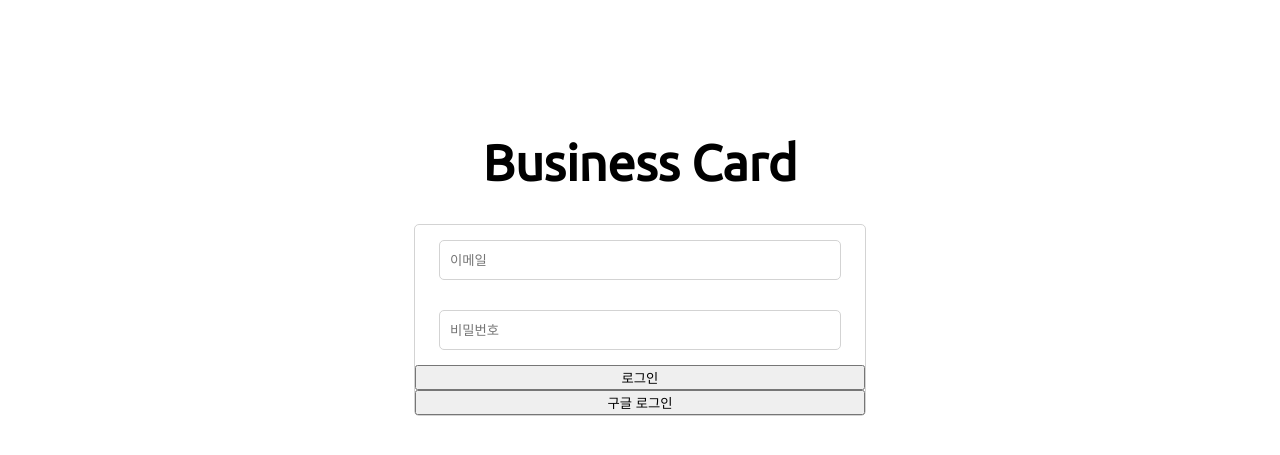
Repository: momo0170/react_businesscard
Page: /login
An editor plug-in stored every save of this project. The page is shown before and after the next save, followed by the edit.
The browser window is 1280 px wide. The pictures show the whole page.
The page's requests for data from a server got no answer. The project was rebuilt for these pictures with package versions that can differ from the ones it lists, and the page was loaded fresh each time. No one was signed in, and anything a server would have sent is missing.

Above is the page before, as saved 2022-08-10 21:08:06.

### public/index.html
<!DOCTYPE html>
<html lang="en">
  <head>
    <meta charset="utf-8" />
    <link rel="icon" href="%PUBLIC_URL%/favicon.ico" />
    <meta name="viewport" content="width=device-width, initial-scale=1" />
    <meta name="theme-color" content="#000000" />
    <meta
      name="description"
      content="Web site created using create-react-app"
    />
    <link rel="preconnect" href="https://fonts.googleapis.com" />
    <link rel="preconnect" href="https://fonts.gstatic.com" crossorigin />
    <link
      href="https://fonts.googleapis.com/css2?family=Ubuntu:ital,wght@0,400;1,500&display=swap"
      rel="stylesheet"
    />

    <title>App</title>
  </head>
  <body>
    <noscript>You need to enable JavaScript to run this app.</noscript>
    <div id="root"></div>
  </body>
</html>

### src/index.js
import React from 'react';
import ReactDOM from 'react-dom/client';
import './index.css';
import App from './app.jsx';
import './firebase.js';
import { BrowserRouter } from 'react-router-dom';

const root = ReactDOM.createRoot(document.getElementById('root'));
root.render(
  <BrowserRouter>
    <App />
  </BrowserRouter>
);

### src/index.css
body {
  margin: 0;
  font-family: 'Ubuntu', sans-serif;
  -webkit-font-smoothing: antialiased;
  -moz-osx-font-smoothing: grayscale;
}

code {
  font-family: source-code-pro, Menlo, Monaco, Consolas, 'Courier New',
    monospace;
}

### src/app.jsx
import React, { useState } from 'react';
import { Routes, Route } from 'react-router-dom';
import { auth, app } from './firebase';
import {
  GoogleAuthProvider,
  signInWithPopup,
  createUserWithEmailAndPassword,
  onAuthStateChanged,
  signInWithEmailAndPassword,
  signOut,
} from 'firebase/auth';
import Login from './components/login';

// createUserWithEmailAndPassword : 회원가입
// signInWithEmailAndPassword : 로그인
// signOut : 로그아웃
// sendEmailVerifiacation : 회원가입한 이메일 유호 확인
// updateEmail : 회원가입한 아이디 이메일 변경
// updatePassword : 회원가입한 아이디 패스워드 변경
// sendPasswordResetEmail : 회원가입한 비빌먼호 재설정
// delete : 회원가입한 아이디 삭제
// reauthenticate : 아이디 재인증
// onAuthStateChanged : 사용자의 로그인 상태 변경 감시

function App() {
  const [registerEmail, setRegisterEmail] = useState('');
  const [registerPassword, setRegisterPassword] = useState('');
  const [loginEmail, setLoginEmail] = useState('');
  const [loginPassword, setLoginPassword] = useState('');
  const [googleUserData, setGoogleUserData] = useState(null);
  const [emailUserData, setEmailUserData] = useState(null);

  // 회원가입
  const register = () => {
    createUserWithEmailAndPassword(auth, registerEmail, registerPassword)
      .then((userCredential) => {
        // Signed in
        var registerUser = userCredential.user;
        console.log(registerUser);
      })
      .catch((error) => {
        var errorCode = error.code;
        var errorMessage = error.message;
        console.log(errorCode);
        console.log(errorMessage);
        // ..
      });
  };

  // 이메일 로그인
  const emailLogin = () => {
    signInWithEmailAndPassword(auth, loginEmail, loginPassword)
      .then((userCredential) => {
        const user = userCredential.user;
        setEmailUserData(user);
        console.log(user);
      })
      .catch((error) => {
        const errorCode = error.code;
        const errorMessage = error.message;
        console.log(errorCode);
        console.log(errorMessage);
      });
  };

  // 구글 로그인
  const googleLogin = () => {
    const provider = new GoogleAuthProvider(); // provider를 구글로 설정
    signInWithPopup(auth, provider) // popup을 이용한 signup
      .then((data) => {
        setGoogleUserData(data.user); // user data 설정
        console.log(data); // console로 들어온 데이터 표시
      })
      .catch((err) => {
        console.log(err);
      });
  };

  return (
    <Routes>
      <Route path="/">
        <Route
          path="login"
          element={
            <Login
              googleLogin={googleLogin}
              register={register}
              emailLogin={emailLogin}
              googleUserData={googleUserData}
              setGoogleUserData={setGoogleUserData}
              emailUserData={emailUserData}
              setEmailUserData={setEmailUserData}
              setLoginEmail={setLoginEmail}
              setLoginPassword={setLoginPassword}
            />
          }
        />
      </Route>
      {/* <Route path="/main" element={<Main />} /> */}
    </Routes>
  );
}

export default App;

### src/firebase.js
import { initializeApp } from 'firebase/app';
import { getAuth } from 'firebase/auth';

const firebaseConfig = {
  apiKey: process.env.REACT_APP_API_KEY,
  authDomain: process.env.REACT_APP_AUTH_DOMAIN,
  projectId: process.env.REACT_APP_PROJECT_ID,
  storageBucket: process.env.REACT_APP_STORAGE_BUCKET,
  messagingSenderId: process.env.REACT_APP_MESSAGING_ID,
  appId: process.env.REACT_APP_APP_ID,
};
const app = initializeApp(firebaseConfig);
const auth = getAuth(app);

export { app, auth };

### src/components/login.jsx
import React from 'react';
import styles from '../css/login.module.css';

function Login({
  googleLogin,
  googleUserData,
  register,
  emailLogin,
  setGoogleUserData,
  emailUserData,
  setEmailUserData,
  setLoginEmail,
  setLoginPassword,
}) {
  return (
    <>
      <h1 className={styles.title}>Business Card</h1>
      <div className={styles.container}>
        <div className={styles.inputs}>
          <input
            placeholder="이메일"
            className={styles.inputId}
            onChange={(e) => {
              setLoginEmail(e.target.value);
            }}
          />
          <input
            placeholder="비밀번호"
            className={styles.inputPassword}
            onChange={(e) => {
              setLoginPassword(e.target.value);
            }}
          />
        </div>
        <div className={styles.login}>
          {/* 구글 로그인 */}

          <button onClick={googleLogin}>로그인</button>

          {/* 이메일 로그인 */}
          <button onClick={emailLogin}>구글 로그인</button>
        </div>
      </div>
    </>
  );
}

export default Login;

### src/css/login.module.css
@value normalBlue from '../common/colors.css';
@value lightGrey from '../common/colors.css';
@value fontSmall from '../common/size.css';
@value marginNormal, marginHigh from '../common/size.css';

.title {
  text-align: center;
  padding-top: 100px;
  font-size: 50px;
  color: normalBlue;
}

.container {
  display: flex;
  flex-direction: column;
  width: 450px;
  border: 1px solid lightGrey;
  border-radius: 5px;
  margin: 0 auto;
}

.inputs {
  display: flex;
  flex-direction: column;
}

.inputId,
.inputPassword {
  height: 40px;
  margin: 15px 24px;
  outline: 0;
  box-sizing: border-box;
  border: 1px solid lightGrey;
  border-radius: 5px;
  padding: 10px;
  font-size: fontSmall;
}

.login {
  display: flex;
  flex-direction: column;
}

After the next save:
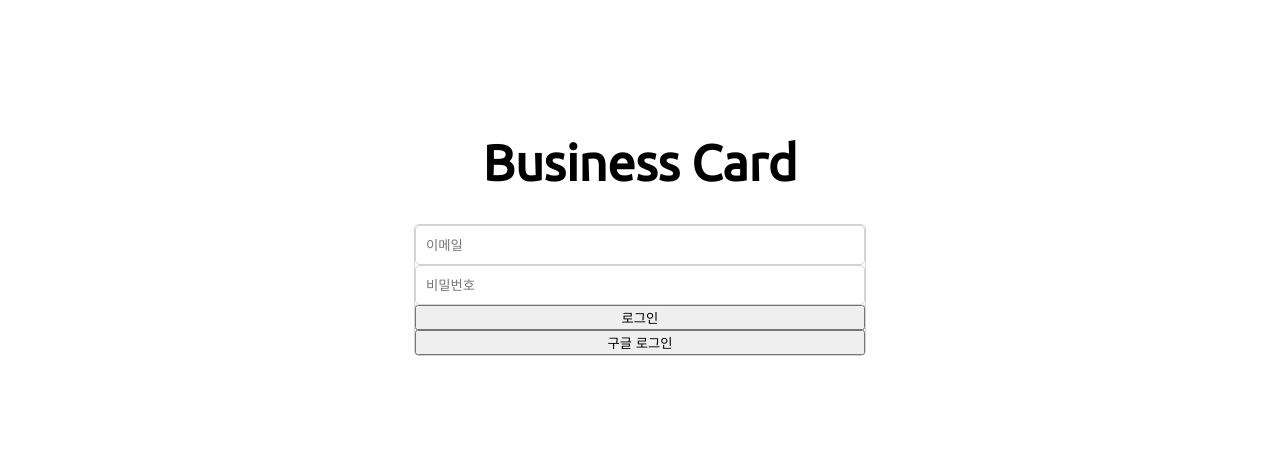
Saved 9 s later.
--- a/src/css/login.module.css
+++ b/src/css/login.module.css
@@ -27,7 +27,7 @@
 .inputId,
 .inputPassword {
   height: 40px;
-  margin: 15px 24px;
+  margin: marginNormal marginHigh;
   outline: 0;
   box-sizing: border-box;
   border: 1px solid lightGrey;
